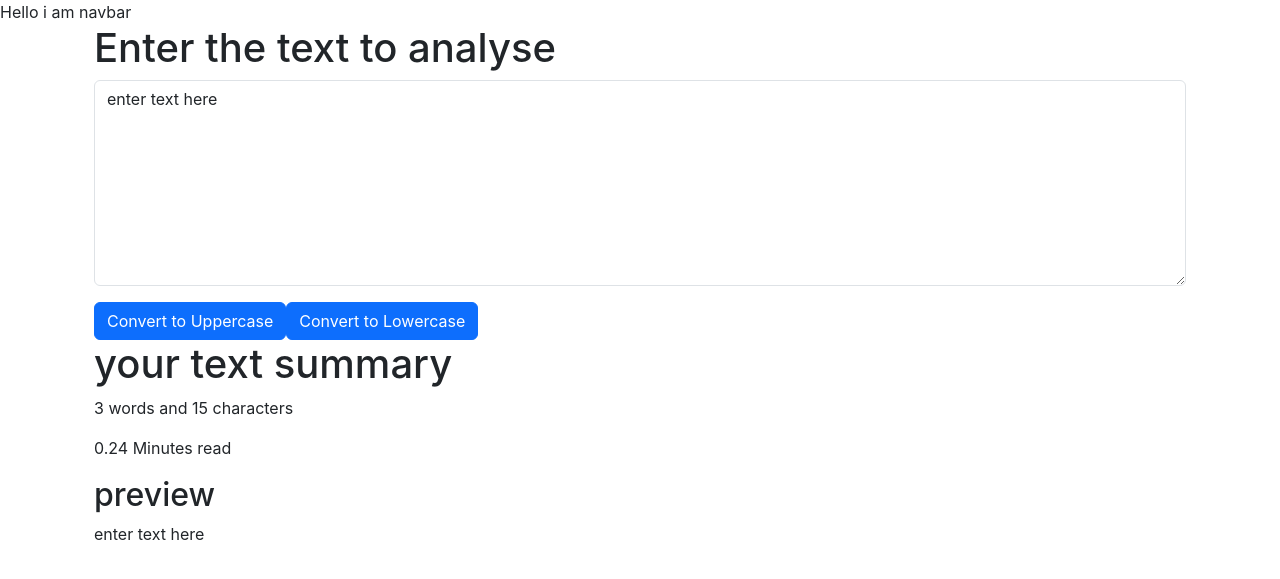
Repository: Aastha1035/React.navbar
Page: /
The author's editor kept a copy of each file at every save. The page is drawn from the files as they stood at one save, then again after the next save.
The browser window is 1280 px wide. The pictures show the whole page.
The project was rebuilt for these pictures with package versions that can differ from the ones it lists, and the page was loaded fresh each time. Also part of the build but not shown: src/App.css.

Above is the page before, as saved 2024-07-17 12:36:56.

### public/index.html
<!DOCTYPE html>
<html lang="en">
  <head>
    <meta charset="utf-8" />
    <link rel="icon" href="%PUBLIC_URL%/favicon.ico" />
    <meta name="viewport" content="width=device-width, initial-scale=1" />
    <meta name="theme-color" content="#000000" />
    <meta
      name="description"
      content="Web site created using create-react-app"
    />
    <link rel="apple-touch-icon" href="%PUBLIC_URL%/logo192.png" />
    <!--
      manifest.json provides metadata used when your web app is installed on a
      user's mobile device or desktop. See https://developers.google.com/web/fundamentals/web-app-manifest/
    -->
    <link rel="manifest" href="%PUBLIC_URL%/manifest.json" />
    <!--
      Notice the use of %PUBLIC_URL% in the tags above.
      It will be replaced with the URL of the `public` folder during the build.
      Only files inside the `public` folder can be referenced from the HTML.

      Unlike "/favicon.ico" or "favicon.ico", "%PUBLIC_URL%/favicon.ico" will
      work correctly both with client-side routing and a non-root public URL.
      Learn how to configure a non-root public URL by running `npm run build`.
    -->
    <link href="https://cdn.jsdelivr.net/npm/bootstrap@5.3.3/dist/css/bootstrap.min.css" rel="stylesheet" integrity="sha384-QWTKZyjpPEjISv5WaRU9OFeRpok6YctnYmDr5pNlyT2bRjXh0JMhjY6hW+ALEwIH" crossorigin="anonymous">
    <title>React App</title>
  </head>
  <body>
    <noscript>You need to enable JavaScript to run this app.</noscript>
    <div id="root"></div>
    <!--
      This HTML file is a template.
      If you open it directly in the browser, you will see an empty page.

      You can add webfonts, meta tags, or analytics to this file.
      The build step will place the bundled scripts into the <body> tag.

      To begin the development, run `npm start` or `yarn start`.
      To create a production bundle, use `npm run build` or `yarn build`.
    -->
    <script src="https://cdn.jsdelivr.net/npm/bootstrap@5.3.3/dist/js/bootstrap.bundle.min.js"
    integrity="sha384-YvpcrYf0tY3lHB60NNkmXc5s9fDVZLESaAA55NDzOxhy9GkcIdslK1eN7N6jIeHz"
    crossorigin="anonymous"></script>
  </body>
</html>

### src/App.js

import './App.css';
import Navbar from './components/Navbar';
import Textform from './components/Textform';

function App() {
  return (
    <>
   < Navbar title="TextUtils"/>
   <div className="container">
   <Textform heading="Enter the text to analyse"/>
   </div>

  </>
  );
}

export default App;

### src/components/Navbar.js
import React from 'react'

export default function Navbar() {
  return (
    <div>
      Hello i am navbar
    </div>
  )
}

### src/components/Textform.js
import React,{ useState } from "react";



export default function Textform(props) {
    const handleUpclick = ()=>{
        //console.log("uppercase was clicked" + text);
        let newText = text.toUpperCase();
        setText(newText)
    }
    const handleLoclick= ()=>{
        //console.log("handle onchange");
        let newText = text.toLowerCase();
        setText(newText)
    }
    const handleOnchange= (event)=>{
        //console.log("handle onchange");
        setText(event.target.value)
    }

    const [text, setText] = useState("enter text here");
  return (
    <>
    <div className="container">
       <h1>{props.heading}</h1>
       <div className="mb-3">
       <textarea className="form-control" value={text} onChange={handleOnchange} id="mybox" rows="8"></textarea>
    </div>
    <button className="btn btn-primary" onclick={handleUpclick}>Convert to  Uppercase</button>
    <button className="btn btn-primary" onclick={handleLoclick}>Convert to  Lowercase</button>
    </div>
    <div className="container">
        <h1>your text summary</h1>
        <p>{text.split(" ").length} words and {text.length} characters</p>
        <p>{0.08 * text.split(" ").length} Minutes read</p>
        <h2>preview</h2>
        <p>{text}</p>
    </div>

</>


  )
}

Loaded but not shown: src/index.js (common file); src/index.css (common file); src/reportWebVitals.js (common file)

After the next save:
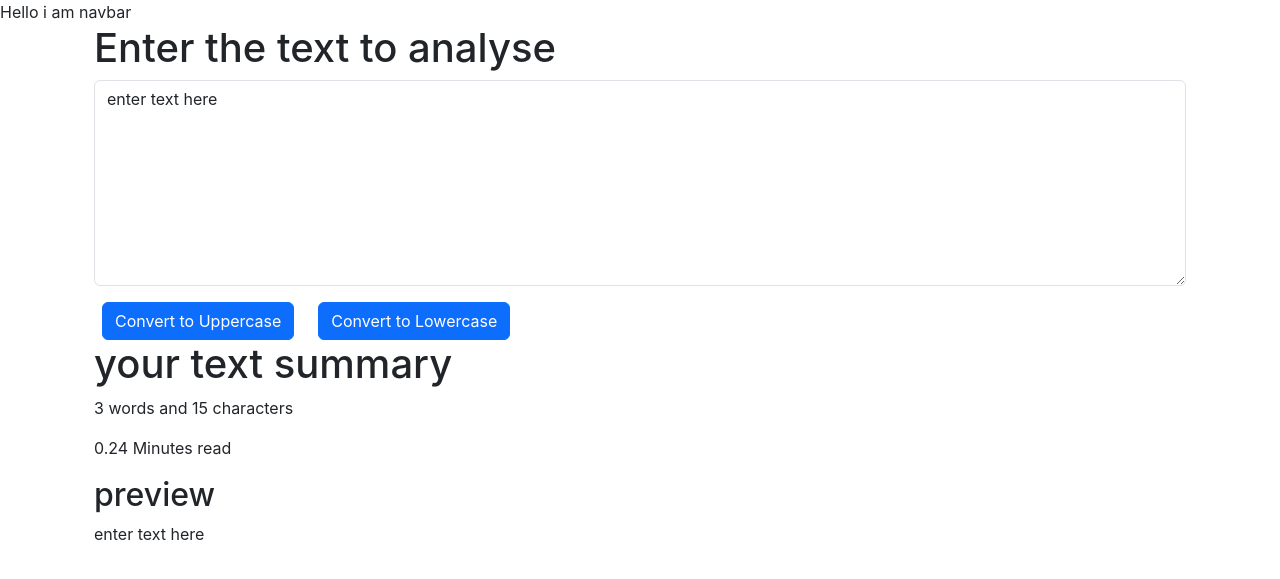
Saved 80 s later.
--- a/src/components/Textform.js
+++ b/src/components/Textform.js
@@ -26,8 +26,8 @@ export default function Textform(props) {
        <div className="mb-3">
        <textarea className="form-control" value={text} onChange={handleOnchange} id="mybox" rows="8"></textarea>
     </div>
-    <button className="btn btn-primary" onclick={handleUpclick}>Convert to  Uppercase</button>
-    <button className="btn btn-primary" onclick={handleLoclick}>Convert to  Lowercase</button>
+    <button className="btn btn-primary mx-2" onclick={handleUpclick}>Convert to  Uppercase</button>
+    <button className="btn btn-primary mx-3" onclick={handleLoclick}>Convert to  Lowercase</button>
     </div>
     <div className="container">
         <h1>your text summary</h1>
